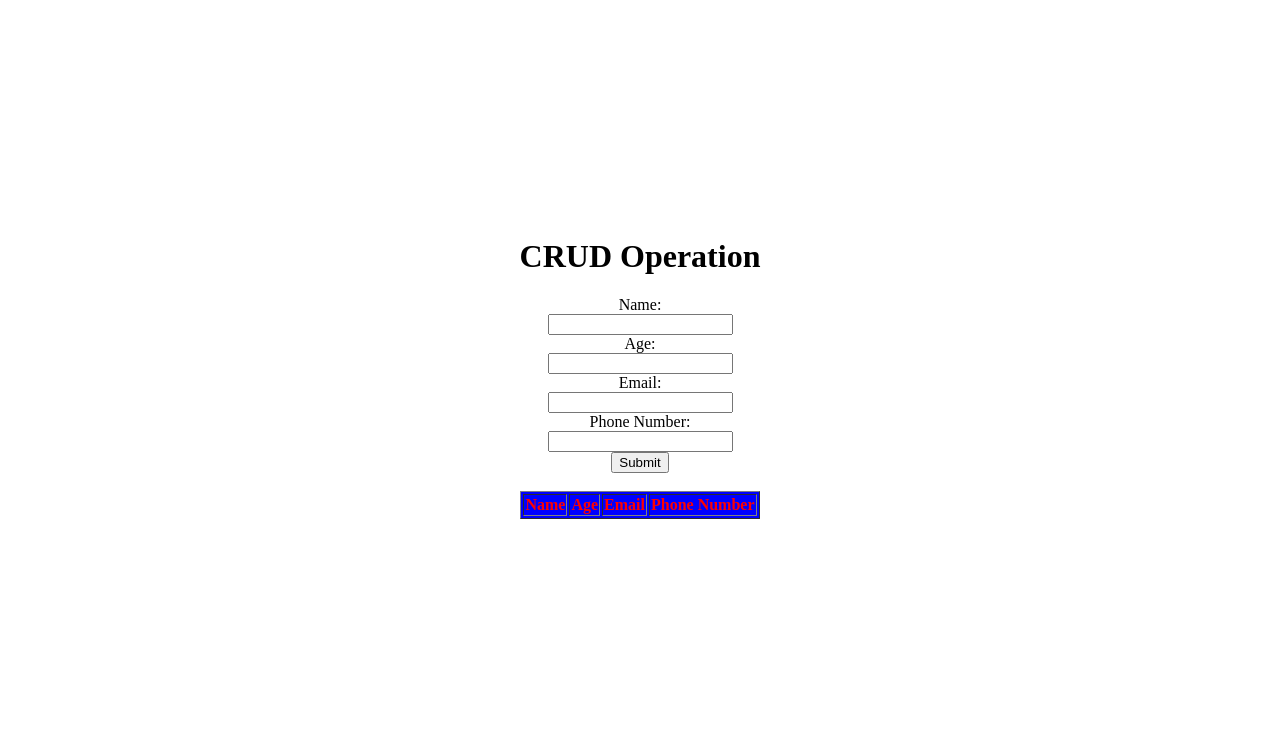
Repository: Josephkennedy603/CRUD-Operation
Page: /
The author's editor kept a copy of each file at every save. The page is drawn from the files as they stood at one save, then again after the next save.
The browser window is 1280 px wide. The pictures show the whole page.
The page's requests for data from a server got no answer. The project was rebuilt for these pictures with package versions that can differ from the ones it lists, and the page was loaded fresh each time. No one was signed in, and anything a server would have sent is missing. Also part of the build but not shown: src/index.css, src/interview.jsx.

Above is the page before, as saved 2024-03-12 17:08:53.

### src/index.js
import React from "react";
import ReactDOM from "react-dom/client";
import "./index.css";
import App from "./App";
import Interview from "./interview";

const root = ReactDOM.createRoot(document.getElementById("root"));
root.render(
  <div>
    <App />
    {/* <Interview /> */}
  </div>
);

// If you want to start measuring performance in your app, pass a function
// to log results (for example: reportWebVitals(console.log))
// or send to an analytics endpoint. Learn more: https://bit.ly/CRA-vitals

### src/App.jsx
import { useState, useEffect } from 'react';
import {collection, getDocs, onSnapshot} from 'firebase/firestore'
import {db} from './firebase'
import './App.css';
import Create from "./create";

export const  userCollectionRef =  collection(db,'record');
console.log("user data1",userCollectionRef)

const App = () => {
  const [user,setUser] = useState([]);

  // const getUsers = async ()=> {
  //   const data = await getDocs(userCollectionRef);
  //   console.log("data 2", data);
  //   setUser(data.docs.map(doc => ({    // needs to clarify
  //     ...doc.data(),
  //     id: doc.id
  //   })));
  // };

  useEffect(()=>{
    console.log("user data3",user);
    // getUsers();
    const snapShot = onSnapshot(userCollectionRef, (snapshotparm)=>{
     setUser(snapshotparm.docs.map(doc=>({
      ...doc.data(),
      id: doc.id
     })))
    })

    return() => snapShot();
  }, []);

console.log(user);
  return(
    <div className='main-container'>
    <h1>CRUD Operation</h1>
    {/* <Create  refetchUser={getUsers} /> */}

    <Create/>

    {/* {user.map(u => (
      <p key={u.id}>{u.Pnumber}</p>
    ))} */}
    <br />
    <table border={1}>
    <tbody>
    <tr>
              <th>Name</th>
              <th>Age</th>
              <th>Email</th>
              <th>Phone Number</th>
    </tr>
      {
      user.map(u => {
        console.log(u)
        return (
         <tr key={u.id}>
          <td>{u.Name}</td>
          <td>{u.Age}</td>
          <td>{u.Email}</td>
          <td>{u.Pnumber}</td>
        </tr>)}
      )}
      </tbody>
    </table>
    </div>
  )
}

export default App;


// const storeData =async () => {
//   const data ={
//     Name:name,
//     Age:age,
//     Email:email,
//     Pnumer:pnumber,
//   };
//   try{
//     const docRef = await addDoc(collection(db,"record"),data)
//   }
// catch(e){
//     console.log("unable to store the data",e)
// }
// console.log(data.name)

### src/firebase.js
// Import the functions you need from the SDKs you need
import { initializeApp } from "firebase/app";
import { getFirestore } from "firebase/firestore";
// import { getAnalytics } from "firebase/analytics";

const firebaseConfig = {
  apiKey: "AIzaSyB6ZR0S_52AlqGIUs87cyuSaj7Dp9EP9nk",
  authDomain: "crud-operation-7754e.firebaseapp.com",
  projectId: "crud-operation-7754e",
  storageBucket: "crud-operation-7754e.appspot.com",
  messagingSenderId: "941097712371",
  appId: "1:941097712371:web:aad3664dddf0ff5721d586",
  measurementId: "G-CM49X6XD0N",
};

// Initialize Firebase
const app = initializeApp(firebaseConfig);
export const db = getFirestore(app);

export default app;

### src/App.css
.main-container {
  display: flex;
  flex-direction: column;
  justify-content: center;
  align-items: center;

  height: 100vh;
}

.main-container form {
  display: flex;
  flex-direction: column;
  justify-content: center;
  align-items: center;
}

table {
  background-color: blue;
  color: red;
}

### src/create.js
import React from "react";
import { useState } from "react";

const Create = () => {
  const [name, setName] = useState();
  const [age, setAge] = useState();
  const [email, setEmail] = useState();
  const [pnumber, setPnumber] = useState();

  return (
    <form action="">
      <label htmlFor="Name">Name:</label>
      <input
        name="Name:"
        type="text"
        onChange={(e) => setName(e.target.value)}
        required
      />

      <label htmlFor="Age">Age:</label>
      <input
        type="text"
        name="Age"
        onChange={(e) => setAge(e.target.value)}
        required
      />

      <label htmlFor="Email">Email:</label>
      <input type="Email" onChange={(e) => setEmail(e.target.value)} required />

      <label htmlFor="Phone Number">Phone Number:</label>
      <input
        type="number"
        name="Phone Number"
        onChange={(e) => setPnumber(e.target.value)}
        required
      />

      <input type="submit" />
    </form>
  );
};

export default Create;

Loaded but not shown: public/index.html (common file)

After the next save:
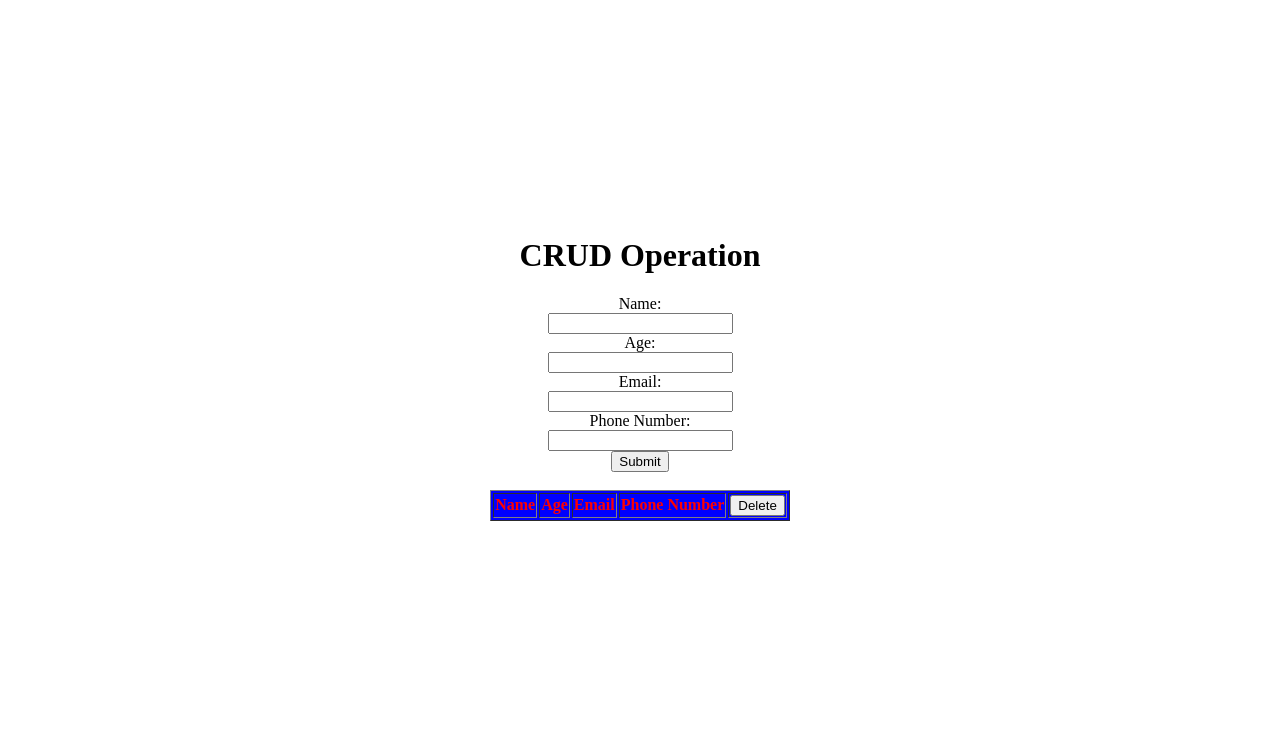
Saved 36 s later.
--- a/src/App.jsx
+++ b/src/App.jsx
@@ -51,6 +51,7 @@ console.log(user);
               <th>Age</th>
               <th>Email</th>
               <th>Phone Number</th>
+              <th><button>Delete</button></th>
     </tr>
       {
       user.map(u => {
